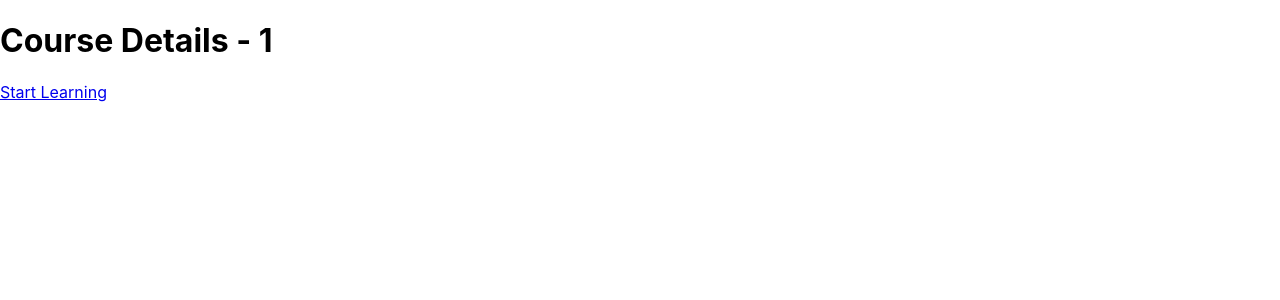
Repository: sashwanth-7/coursera-clone
Page: /course/1
These files come from the project's save history. The page is drawn as it stood at one moment and after the next save; the edit follows.
The browser window is 1280 px wide. The pictures show the whole page.
The project was rebuilt for these pictures with package versions that can differ from the ones it lists, and the page was loaded fresh each time. Also part of the build but not shown: src/components/CourseCard.jsx, src/pages/Home.jsx, src/pages/Learning.jsx, src/pages/Dashboard.jsx.

Above is the page before, as saved 2026-03-19 14:00:13.

### src/App.js
import { BrowserRouter, Routes, Route } from "react-router-dom";

import Home from "./pages/Home";
import CourseDetails from "./pages/CourseDetails";
import Learning from "./pages/Learning";
import Dashboard from "./pages/Dashboard";

function App() {
  return (
    <BrowserRouter>
      <Routes>
        <Route path="/" element={<Home />} />
        <Route path="/course/:id" element={<CourseDetails />} />
        <Route path="/learn/:id" element={<Learning />} />
        <Route path="/dashboard" element={<Dashboard />} />
      </Routes>
    </BrowserRouter>
  );
}

export default App;

### src/pages/CourseDetails.jsx
import { useParams, Link } from "react-router-dom";

function CourseDetails() {
  const { id } = useParams();

  return (
    <div>
      <h1>Course Details - {id}</h1>
      <Link to={`/learn/${id}`}>Start Learning</Link>
    </div>
  );
}

export default CourseDetails;

### src/data/courses.js
export const courses = [
  {
    id: "1",
    title: "React Basics",
    description: "Learn React step by step",
    video: "https://www.youtube.com/embed/dGcsHMXbSOA",
    progress: 40,
  },
  {
    id: "2",
    title: "JavaScript Mastery",
    description: "Deep dive into JS",
    video: "https://www.youtube.com/embed/W6NZfCO5SIk",
    progress: 70,
  },
];

Loaded but not shown: public/index.html (common file); src/index.js (common file); src/index.css (common file); src/reportWebVitals.js (common file)

After the next save:
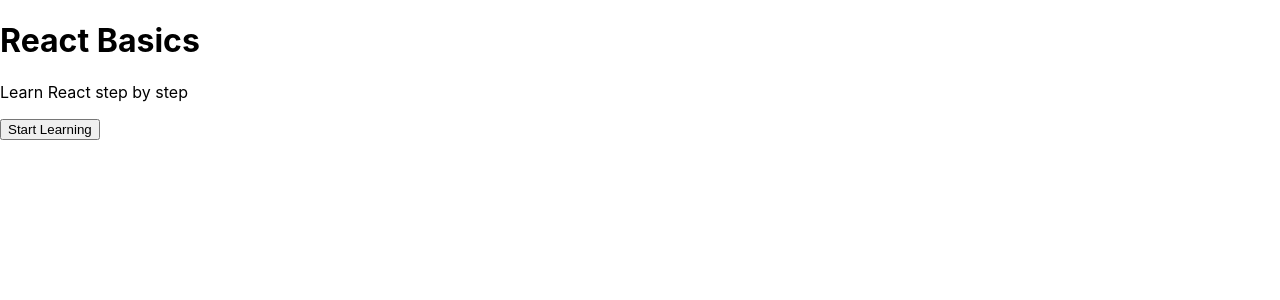
Saved 15 s later.
--- a/src/pages/CourseDetails.jsx
+++ b/src/pages/CourseDetails.jsx
@@ -1,12 +1,21 @@
 import { useParams, Link } from "react-router-dom";
+import { courses } from "../data/courses";
 
 function CourseDetails() {
   const { id } = useParams();
 
+  const course = courses.find((c) => c.id === id);
+
+  if (!course) return <h1>Course not found</h1>;
+
   return (
     <div>
-      <h1>Course Details - {id}</h1>
-      <Link to={`/learn/${id}`}>Start Learning</Link>
+      <h1>{course.title}</h1>
+      <p>{course.description}</p>
+
+      <Link to={`/learn/${course.id}`}>
+        <button>Start Learning</button>
+      </Link>
     </div>
   );
 }
